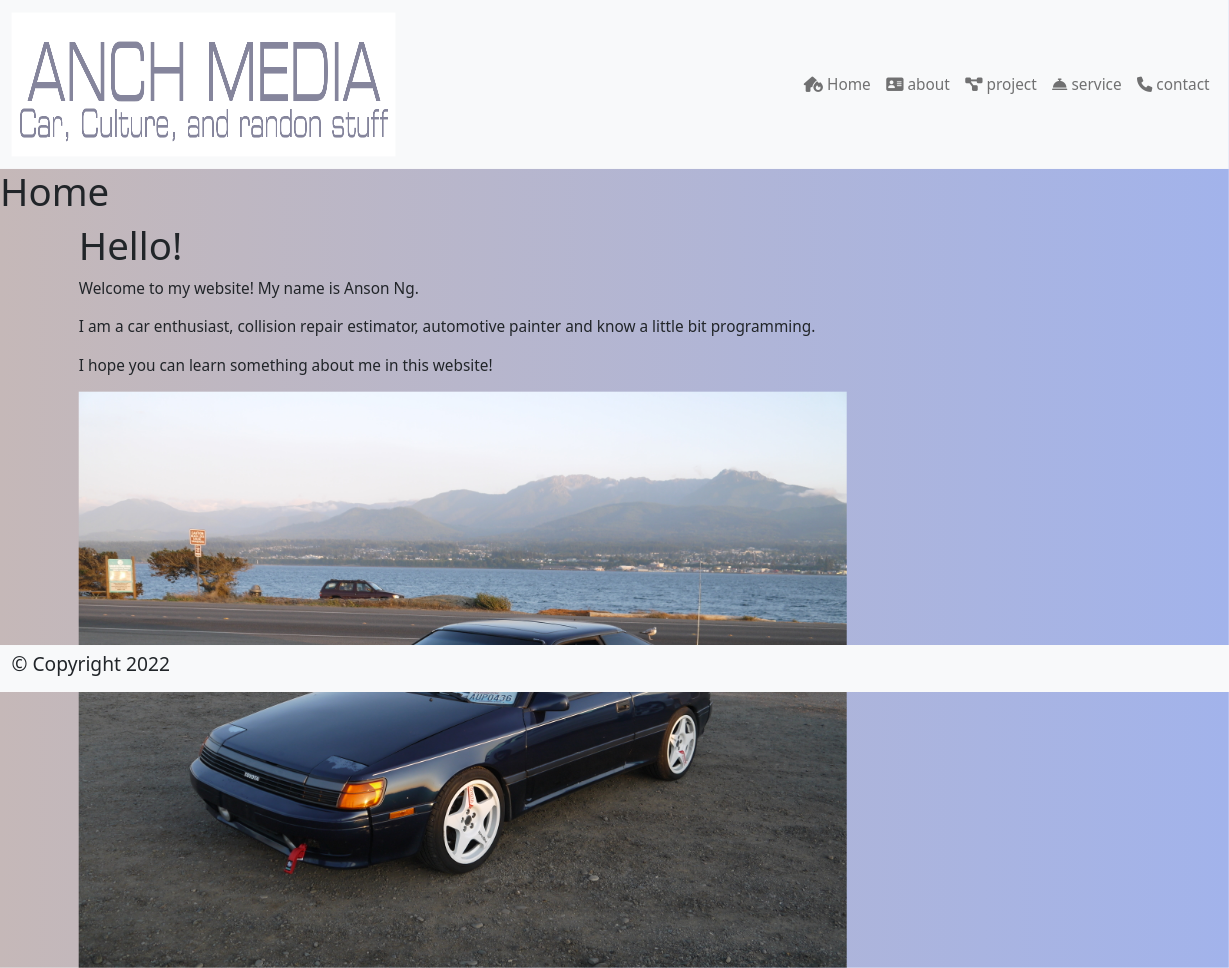
Repository: justhumanmaybe/assignment2
Page: http://localhost/
The author's editor kept a copy of each file at every save. The page is drawn from the files as they stood at one save, then again after the next save.
The browser window is 1280 px wide. The pictures show the whole page, at 96% of full size.
The page is served by the project's Node server (server.js).

Above is the page before, as saved 2022-06-20 01:41:20.

After the next save:
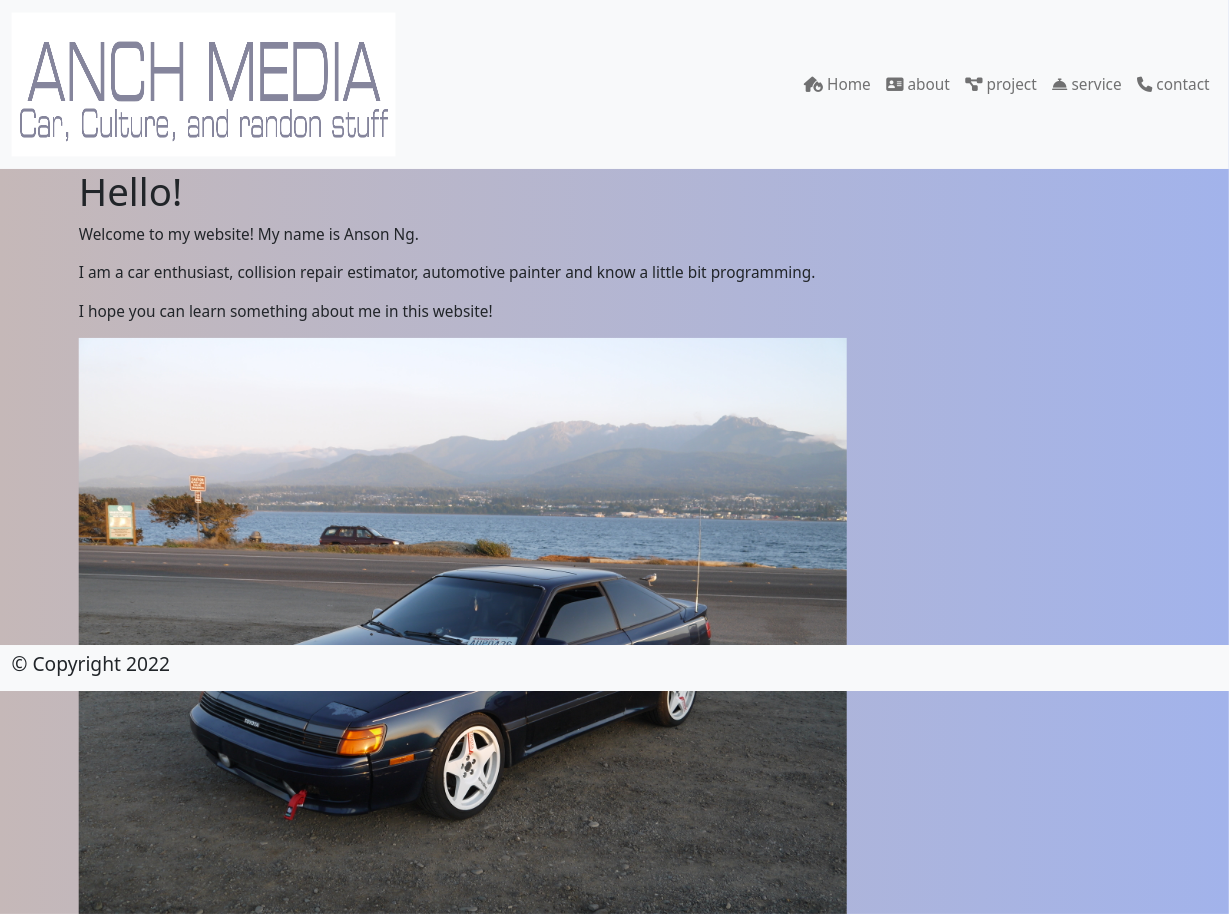
Saved 50 s later.
--- a/Server/Views/index.ejs
+++ b/Server/Views/index.ejs
@@ -18,7 +18,7 @@
    </header>
     <!--content section-->
     <main>
-        <h1><%= title %></h1>
+
         <%- include('content/' + page + '.ejs'); %>
     </main>
 
